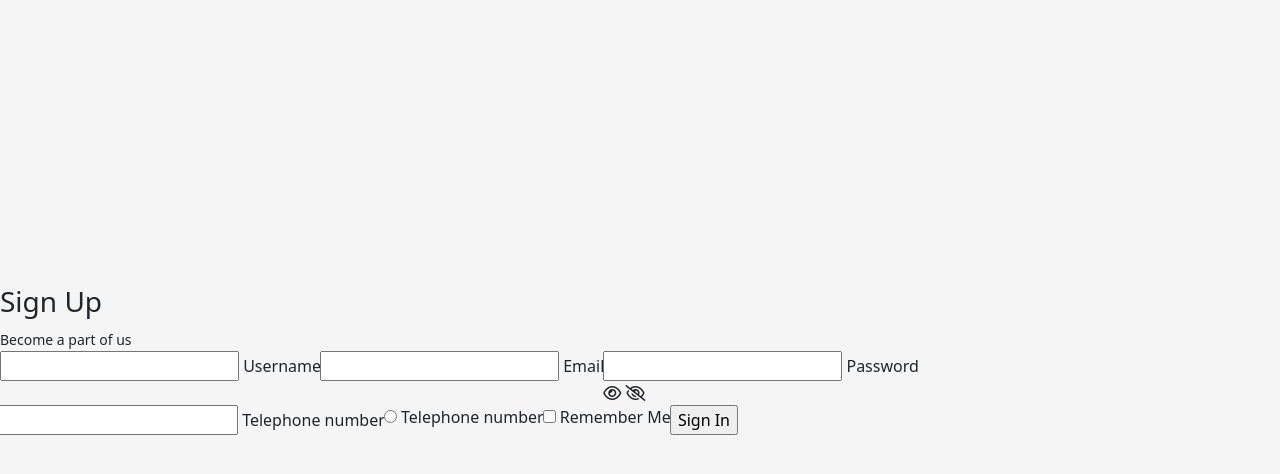
Repository: MauDucKG/BigFarm
Page: http://localhost/BigFarm/views/main/register/index.php
An editor plug-in stored every save of this project. The page is shown before and after the next save, followed by the edit.
The browser window is 1280 px wide. The pictures show the whole page.
Some web libraries are served in a nearby version. The page is run by PHP 8.4 with error messages shown; the project is at /var/www/html/.

Above is the page before, as saved 2023-04-26 18:03:19.

After the next save:
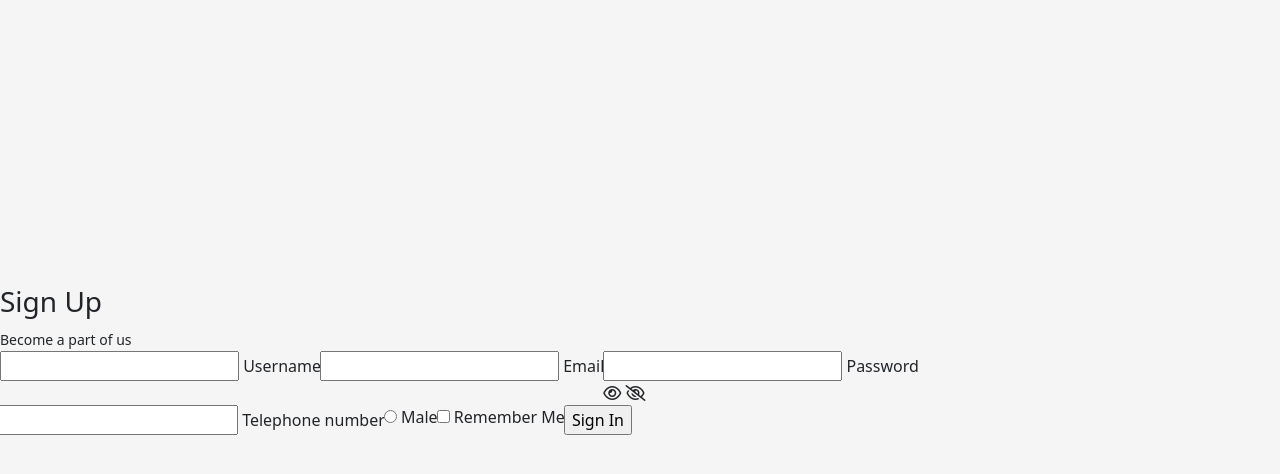
Saved 19 s later.
--- a/views/main/register/index.php
+++ b/views/main/register/index.php
@@ -41,7 +41,8 @@
             </div>
             <div class="input-field">
                 <input type="radio" class="input-box" id="regUser" required>
-                <label for="regUser">Telephone number</label>
+                <label for="regUser">Male</label>
+
             </div>
             <div class="remember">
                 <input type="checkbox" id="formCheck-2" class="check">
